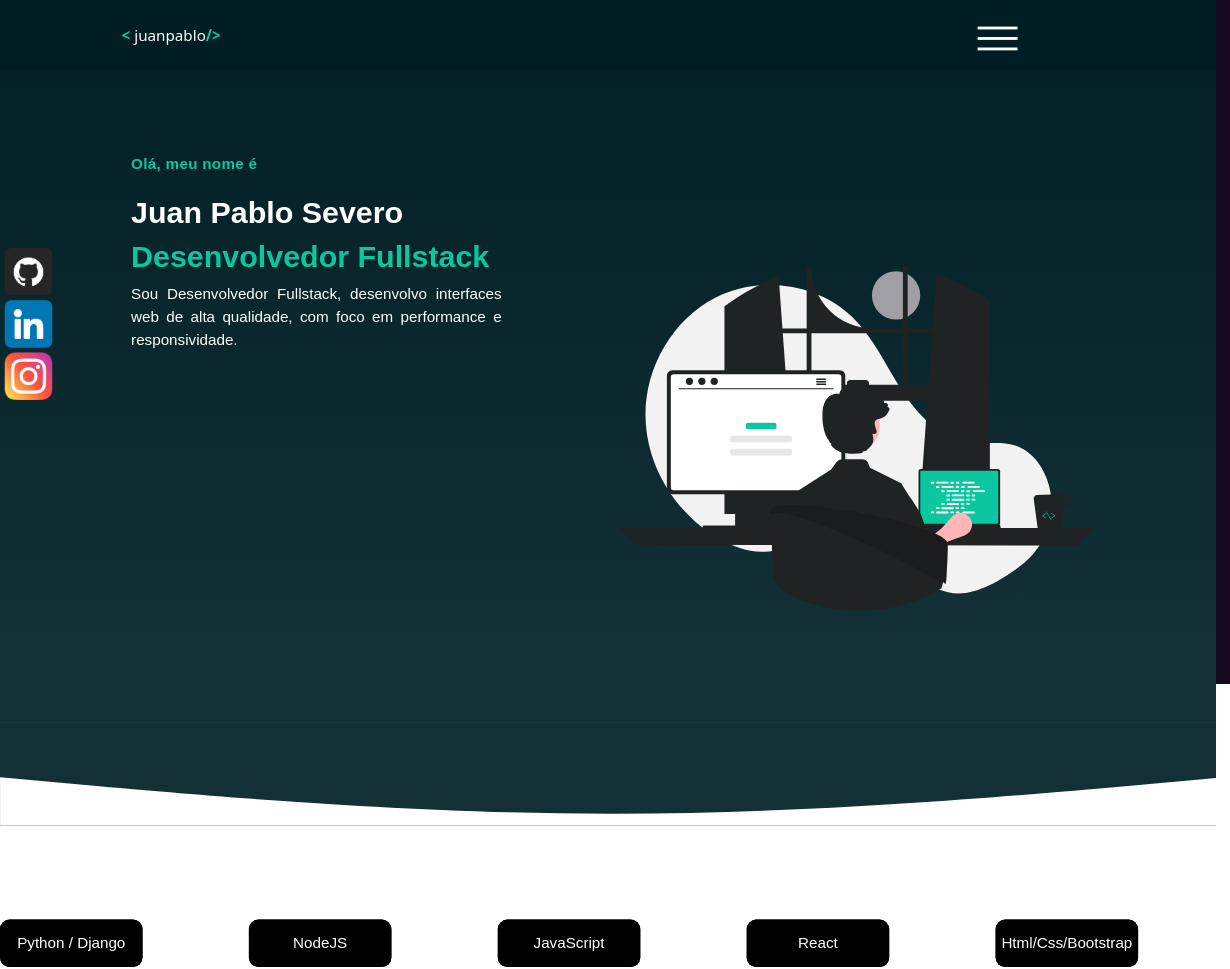
Repository: JuanPabloDS/portifolio
Page: http://localhost/
An editor plug-in stored every save of this project. The page is shown before and after the next save, followed by the edit.
The browser window is 1280 px wide. The page is 1295 px wide, so the pictures cover 1295 px, including what lies to the right of the window. The pictures show the whole page, at 95% of full size.
The page is served by the project's application, run on Django 4.2 (manage.py).

Above is the page before, as saved 2023-03-20 13:11:18.

After the next save:
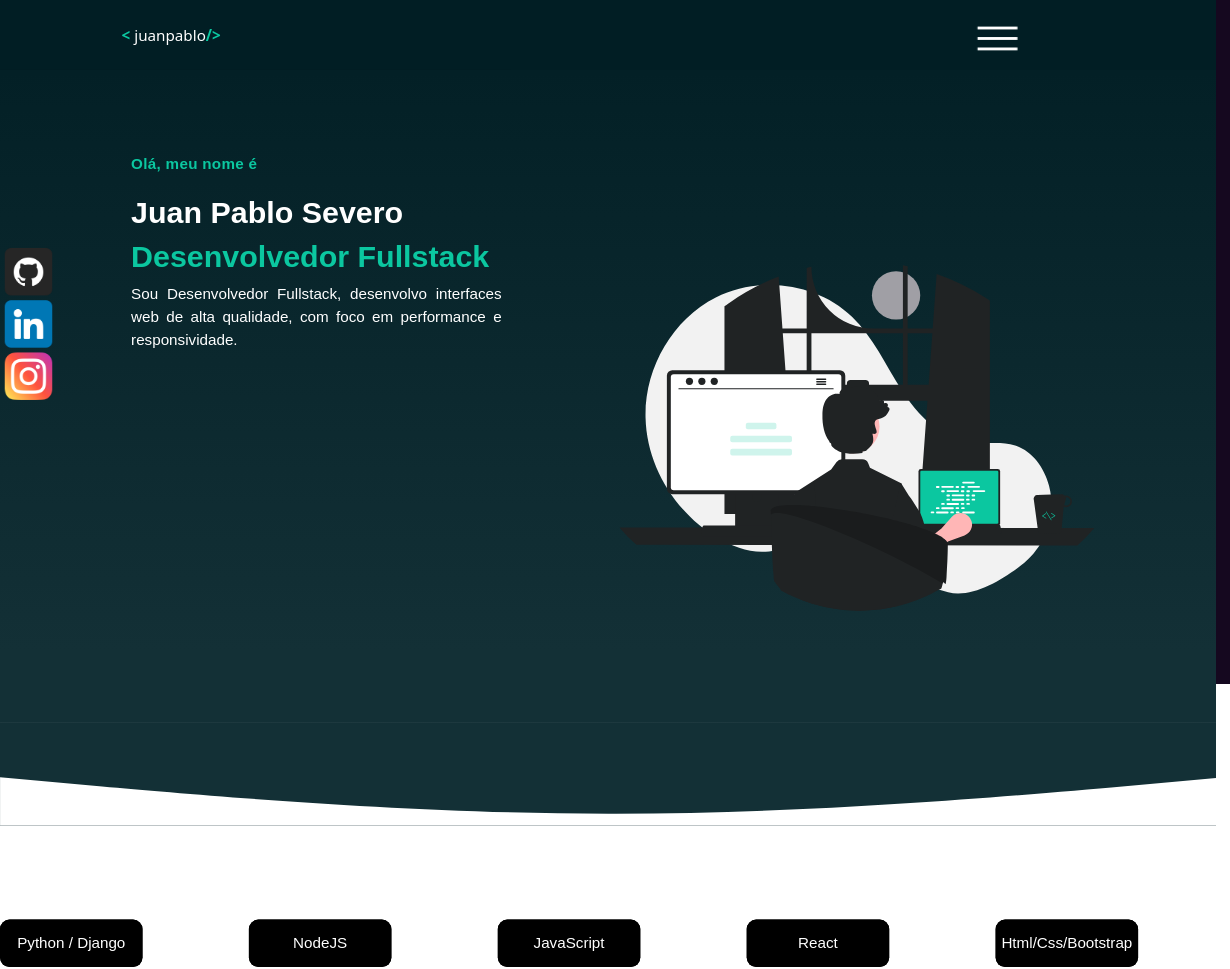
Saved 36 s later.
--- a/core/static/css/style.css
+++ b/core/static/css/style.css
@@ -348,10 +348,10 @@ main {
 
 @keyframes code {
   from{
-    color: #0bc7a0;
+    fill: #0bc7a0;
   }
   to{
-    color: white;
+    fill: white;
   }
 }
 
